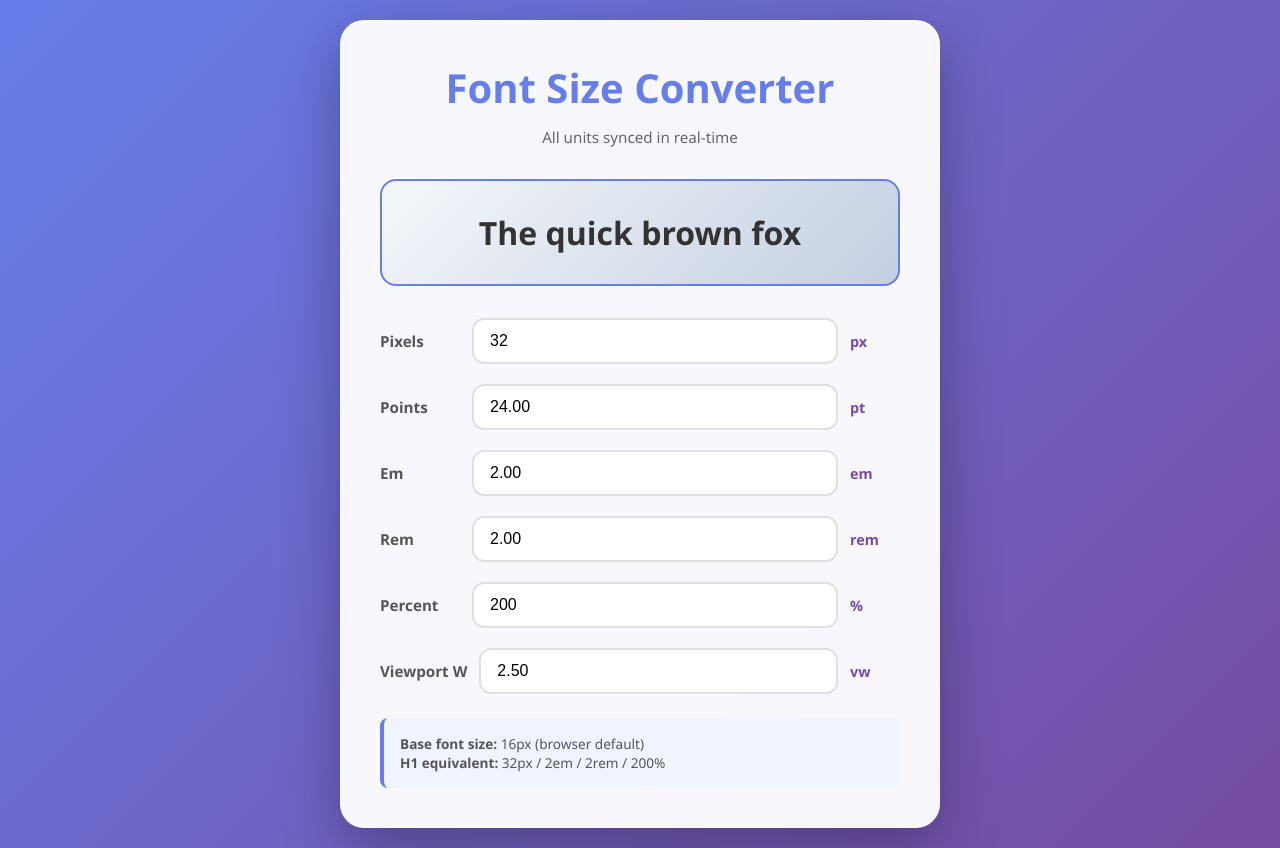
Repository: JasonMorta/Font-Unit-Converter
Page: Unit_Converter.html
The author's editor kept a copy of each file at every save. The page is drawn from the files as they stood at one save, then again after the next save.
The browser window is 1280 px wide. The pictures show the whole page.

Above is the page before, as saved 2025-12-15 10:17:04.

### Unit_Converter.html
<!DOCTYPE html>
<html lang="en">
<head>
    <meta charset="UTF-8">
    <meta name="viewport" content="width=device-width, initial-scale=1.0">
    <title>Font Size Converter</title>
    <style>
        * {
            margin: 0;
            padding: 0;
            box-sizing: border-box;
        }

        body {
            font-family: 'Segoe UI', Tahoma, Geneva, Verdana, sans-serif;
            background: linear-gradient(135deg, #667eea 0%, #764ba2 100%);
            min-height: 100vh;
            display: flex;
            justify-content: center;
            align-items: center;
            padding: 20px;
        }

        .container {
            background: rgba(255, 255, 255, 0.95);
            backdrop-filter: blur(10px);
            border-radius: 24px;
            padding: 40px;
            box-shadow: 0 20px 60px rgba(0, 0, 0, 0.3);
            max-width: 600px;
            width: 100%;
        }

        h1 {
            text-align: center;
            color: #667eea;
            margin-bottom: 12px;
            font-size: 2.5rem;
        }

        .subtitle {
            text-align: center;
            color: #666;
            margin-bottom: 32px;
            font-size: 0.95rem;
        }

        .preview {
            background: linear-gradient(135deg, #f5f7fa 0%, #c3cfe2 100%);
            border-radius: 16px;
            padding: 30px;
            margin-bottom: 32px;
            text-align: center;
            border: 2px solid #667eea;
        }

        .preview-text {
            color: #333;
            font-weight: 600;
            transition: font-size 0.2s ease;
        }

        .input-group {
            margin-bottom: 20px;
        }

        .input-row {
            display: flex;
            align-items: center;
            gap: 12px;
        }

        label {
            font-weight: 600;
            color: #555;
            min-width: 80px;
            font-size: 0.95rem;
        }

        input[type="number"] {
            flex: 1;
            padding: 12px 16px;
            border: 2px solid #e0e0e0;
            border-radius: 12px;
            font-size: 1rem;
            transition: all 0.3s ease;
            background: white;
        }

        input[type="number"]:focus {
            outline: none;
            border-color: #667eea;
            box-shadow: 0 0 0 3px rgba(102, 126, 234, 0.1);
        }

        input[type="number"]:hover {
            border-color: #764ba2;
        }

        .unit {
            font-weight: 600;
            color: #764ba2;
            min-width: 50px;
            font-size: 0.9rem;
        }

        .info {
            background: #f0f4ff;
            border-left: 4px solid #667eea;
            padding: 16px;
            border-radius: 8px;
            margin-top: 24px;
            font-size: 0.85rem;
            color: #555;
        }

        @media (max-width: 480px) {
            .container {
                padding: 24px;
            }

            h1 {
                font-size: 2rem;
            }
        }
    </style>
</head>
<body>
    <div class="container">
        <h1>Font Size Converter</h1>
        <p class="subtitle">All units synced in real-time</p>

        <div class="preview">
            <div class="preview-text" id="previewText">The quick brown fox</div>
        </div>

        <div class="input-group">
            <div class="input-row">
                <label for="px">Pixels</label>
                <input type="number" id="px" value="32" step="0.1">
                <span class="unit">px</span>
            </div>
        </div>

        <div class="input-group">
            <div class="input-row">
                <label for="pt">Points</label>
                <input type="number" id="pt" value="24" step="0.1">
                <span class="unit">pt</span>
            </div>
        </div>

        <div class="input-group">
            <div class="input-row">
                <label for="em">Em</label>
                <input type="number" id="em" value="2" step="0.01">
                <span class="unit">em</span>
            </div>
        </div>

        <div class="input-group">
            <div class="input-row">
                <label for="rem">Rem</label>
                <input type="number" id="rem" value="2" step="0.01">
                <span class="unit">rem</span>
            </div>
        </div>

        <div class="input-group">
            <div class="input-row">
                <label for="percent">Percent</label>
                <input type="number" id="percent" value="200" step="1">
                <span class="unit">%</span>
            </div>
        </div>

        <div class="input-group">
            <div class="input-row">
                <label for="vw">Viewport W</label>
                <input type="number" id="vw" value="2.4" step="0.1">
                <span class="unit">vw</span>
            </div>
        </div>

        <div class="info">
            <strong>Base font size:</strong> 16px (browser default)<br>
            <strong>H1 equivalent:</strong> 32px / 2em / 2rem / 200%
        </div>
    </div>

    <script>
        const inputs = {
            px: document.getElementById('px'),
            pt: document.getElementById('pt'),
            em: document.getElementById('em'),
            rem: document.getElementById('rem'),
            percent: document.getElementById('percent'),
            vw: document.getElementById('vw')
        };

        const previewText = document.getElementById('previewText');
        const baseFontSize = 16;
        let isUpdating = false;

        function pxToOthers(px) {
            return {
                px: px,
                pt: px * 0.75,
                em: px / baseFontSize,
                rem: px / baseFontSize,
                percent: (px / baseFontSize) * 100,
                vw: (px / window.innerWidth) * 100
            };
        }

        function updateAll(sourceUnit, value) {
            if (isUpdating) return;
            isUpdating = true;

            let pxValue;

            switch(sourceUnit) {
                case 'px':
                    pxValue = parseFloat(value);
                    break;
                case 'pt':
                    pxValue = parseFloat(value) / 0.75;
                    break;
                case 'em':
                case 'rem':
                    pxValue = parseFloat(value) * baseFontSize;
                    break;
                case 'percent':
                    pxValue = (parseFloat(value) / 100) * baseFontSize;
                    break;
                case 'vw':
                    pxValue = (parseFloat(value) / 100) * window.innerWidth;
                    break;
            }

            if (isNaN(pxValue) || pxValue < 0) {
                isUpdating = false;
                return;
            }

            const converted = pxToOthers(pxValue);

            for (let unit in inputs) {
                if (unit !== sourceUnit) {
                    inputs[unit].value = converted[unit].toFixed(unit === 'percent' ? 0 : 2);
                }
            }

            previewText.style.fontSize = pxValue + 'px';

            isUpdating = false;
        }

        for (let unit in inputs) {
            inputs[unit].addEventListener('input', (e) => {
                updateAll(unit, e.target.value);
            });
        }

        window.addEventListener('resize', () => {
            const currentPx = parseFloat(inputs.px.value);
            inputs.vw.value = ((currentPx / window.innerWidth) * 100).toFixed(2);
        });

        updateAll('px', 32);
    </script>
</body>
</html>

After the next save:
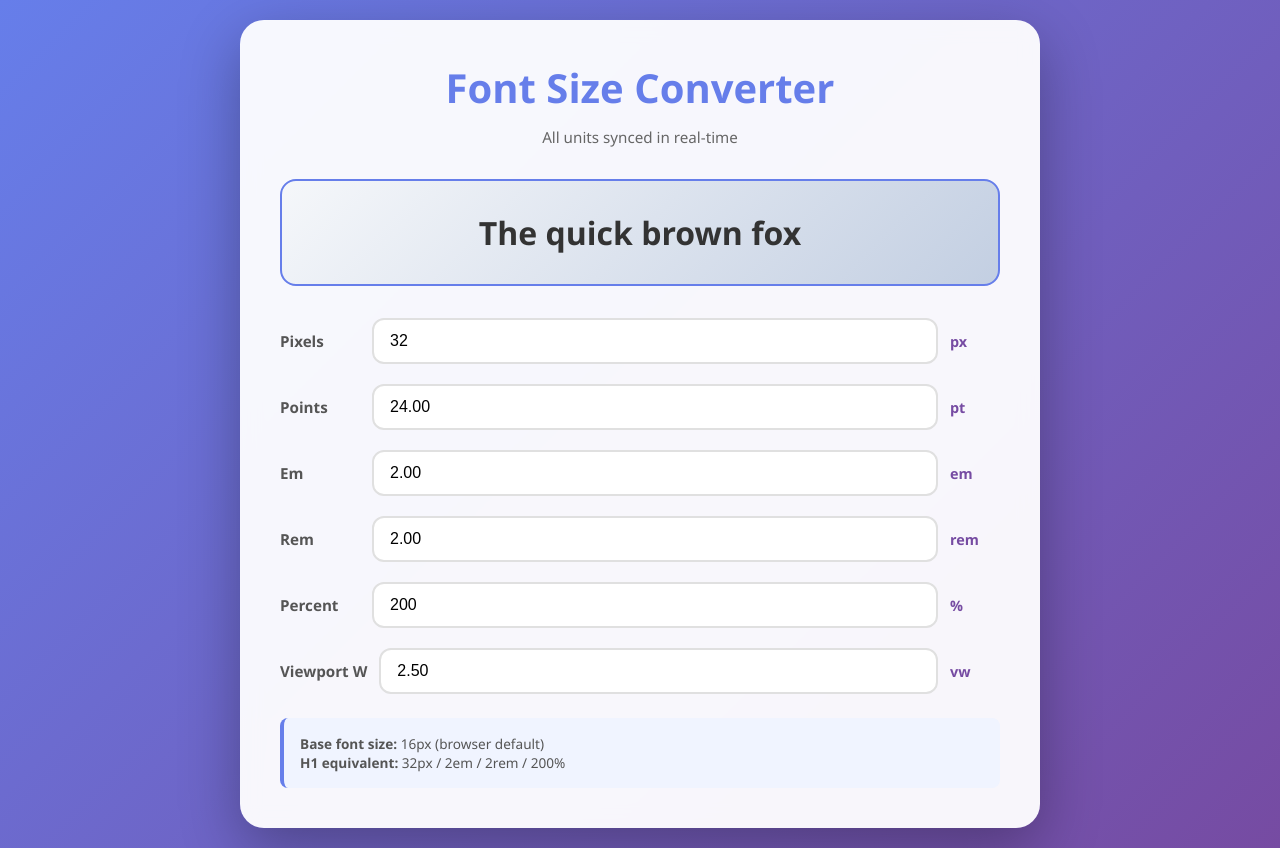
Saved 78 s later.
--- a/Unit_Converter.html
+++ b/Unit_Converter.html
@@ -27,7 +27,7 @@
             border-radius: 24px;
             padding: 40px;
             box-shadow: 0 20px 60px rgba(0, 0, 0, 0.3);
-            max-width: 600px;
+            max-width: 800px;
             width: 100%;
         }
 
